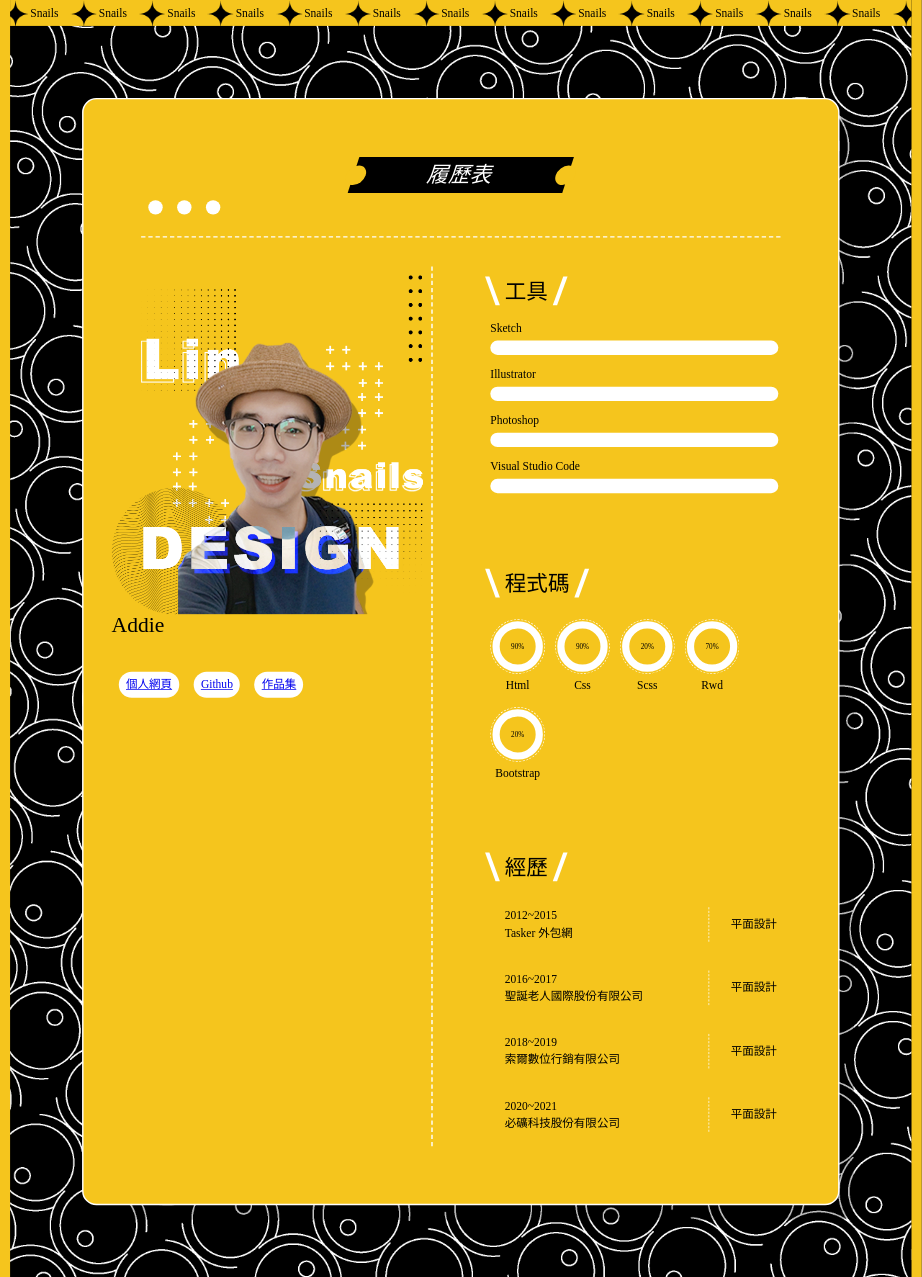
Repository: addie1988/resume
Page: index.html
These files come from the project's save history. The page is drawn as it stood at one moment and after the next save; the edit follows.
The browser window is 1280 px wide. The pictures show the whole page, at 72% of full size.

Above is the page before, as saved 2021-11-24 11:49:25.
Not found: js/style.js

### index.html
<!DOCTYPE html>
<html lang="en">

<head>
    <meta charset="UTF-8">
    <meta http-equiv="X-UA-Compatible" content="IE=edge">
    <meta name="viewport" content="width=device-width, initial-scale=1.0">
    <title>ADDIE</title>
    <link rel="stylesheet" type="text/css" href="./css/style.css">
</head>

<body>

    <!-- personal -->
    <div class="personal">
        <!-- Carousel -->
        <div class="Carousel">
            <div class="Carousel_content" id="Carousel"></div>
        </div>
        <div class="personal_content">
            <!-- resume > 履歷 -->
            <div class="resume">
                <div class="resume_title">
                    <h1>履歷表</h1>
                </div>
                <div class="resume_content">
                    <ul>
                        <li></li>
                        <li></li>
                        <li></li>
                    </ul>
                </div>
                <!-- main -->
                <div class="main">
                    <!-- personal_information > 個人資訊 -->
                    <div class="personal_information">
                        <div class="personal_information_img"><img src="./images/Visualize1.png"></div>
                        <div class="name">
                            <h1>Addie</h1>
                        </div>
                        <!-- work -->
                        <div class="work">
                            <div class="work_contwnt">
                                <ul>
                                    <li><a href="#">個人網頁</a></li>
                                    <li><a href="#">Github</a></li>
                                    <li><a href="#">作品集</a></li>
                                </ul>
                            </div>
                        </div>
                    </div>


                    <!-- personal_experience > 個人經歷 -->
                    <div class="personal_experience">

                        <!-- Code -->
                        <div class="tool">
                            <div class="tool_content">
                                <h1>工具</h1>
                                <ul>
                                    <li>
                                        <p>Sketch</p>
                                        <span></span>
                                    </li>
                                    <li>
                                        <p>Illustrator</p>
                                        <span></span>
                                    </li>
                                    <li>
                                        <p>Photoshop</p>
                                        <span></span>
                                    </li>
                                    <li>
                                        <p>Visual Studio Code</p>
                                        <span></span>
                                    </li>
                                </ul>
                            </div>
                        </div>

                        <!-- Code -->
                        <div class="Code">
                            <div class="Code_content">
                                <h1>程式碼</h1>
                                <ul>
                                    <li>
                                        <div class="chart"><span><i>90%</i></span></div>
                                        <p>Html</p>
                                    </li>
                                    <li>
                                        <div class="chart"><span><i>90%</i></span></div>
                                        <p>Css</p>
                                    </li>
                                    <li>
                                        <div class="chart"><span><i>20%</i></span></div>
                                        <p>Scss</p>
                                    </li>
                                    <li>
                                        <div class="chart"><span><i>70%</i></span></div>
                                        <p>Rwd</p>
                                    </li>
                                    <li>
                                        <div class="chart"><span><i>20%</i></span></div>
                                        <p>Bootstrap</p>
                                    </li>
                                </ul>
                            </div>
                        </div>

                        <!-- work_experience -->
                        <div class="work_experience">
                            <div class="work_experience_content">
                                <h1>經歷</h1>
                                <ul>
                                    <li>
                                        <div class="work_experience_content_title">
                                            <p>2012~2015</p>
                                            <i>Tasker 外包網</i>
                                        </div>
                                        <span>
                                            <section>平面設計</section>
                                        </span>
                                    </li>
                                    <li>
                                        <div class="work_experience_content_title">
                                            <p>2016~2017</p>
                                            <i>聖誕老人國際股份有限公司</i>
                                        </div>
                                        <span>
                                            <section>平面設計</section>
                                        </span>
                                    </li>
                                    <li>
                                        <div class="work_experience_content_title">
                                            <p>2018~2019</p>
                                            <i>索爾數位行銷有限公司</i>
                                        </div>
                                        <span>
                                            <section>平面設計</section>
                                        </span>
                                    </li>
                                    <li>
                                        <div class="work_experience_content_title">
                                            <p>2020~2021</p>
                                            <i>必礦科技股份有限公司</i>
                                        </div>
                                        <span>
                                            <section>平面設計</section>
                                        </span>
                                    </li>
                                </ul>
                            </div>
                        </div>
                    </div>
                </div>
            </div>
        </div>
    </div>

    <!-- js -->
    <script src="./js/style.js"></script>
    <!-- jq -->
    <script src="https://cdnjs.cloudflare.com/ajax/libs/jquery/3.3.1/jquery.min.js"></script>
    <script>
        $('#Carousel').load("./Carousel.html #Carousel");
    </script>

</body>

</html>

### css/style.css
/* http://meyerweb.com/eric/tools/css/reset/
   v2.0 | 20110126
   License: none (public domain)
*/

html,
body,
div,
span,
applet,
object,
iframe,
h1,
h2,
h3,
h4,
h5,
h6,
p,
blockquote,
pre,
a,
abbr,
acronym,
address,
big,
cite,
code,
del,
dfn,
em,
img,
ins,
kbd,
q,
s,
samp,
small,
strike,
strong,
sub,
sup,
tt,
var,
b,
u,
i,
center,
dl,
dt,
dd,
ol,
ul,
li,
fieldset,
form,
label,
legend,
table,
caption,
tbody,
tfoot,
thead,
tr,
th,
td,
article,
aside,
canvas,
details,
embed,
figure,
figcaption,
footer,
header,
hgroup,
menu,
nav,
output,
ruby,
section,
summary,
time,
mark,
audio,
video {
  margin: 0;
  padding: 0;
  border: 0;
  font-size: 100%;
  font: inherit;
  vertical-align: baseline;
}
/* HTML5 display-role reset for older browsers */
article,
aside,
details,
figcaption,
figure,
footer,
header,
hgroup,
menu,
nav,
section {
  display: block;
}
body {
  line-height: 1;
}
ol,
ul {
  list-style: none;
}
blockquote,
q {
  quotes: none;
}
blockquote:before,
blockquote:after,
q:before,
q:after {
  content: "";
  content: none;
}
table {
  border-collapse: collapse;
  border-spacing: 0;
}

/* ---------------------------------------------------------------------------------------------------------------------- */

:root {
  --background-color: #f5c51d;
  --position: relative;
  --font-size: 16px;
  --padding: 100px;
  --color: white;
  --title_h1: 30px;
  --margin_Segmentation: 80px 0 0 0;
}

/* ---------------------------------------------------------------------------------------------------------------------- */

.personal {
  position: var(--position);
  background: url(../images/background.png);
  align-items: center;
  background-color: black;
  border-left: 14px solid var(--background-color);
  border-right: 14px solid var(--background-color);
}

/* Carousel */
.Carousel {
  position: var(--padding);
}

.Carousel_content {
  margin: 0 auto;
}

.Carousel_content ul {
  display: flex;
  overflow: hidden;
  background-color: var(--background-color);
}

.Carousel_content ul li {
  margin: 0 18px;
  padding: 10px;
  position: var(--position);
  font-family: serif;
}

.Carousel_content ul li::before {
  content: "";
  width: 37px;
  height: 37px;
  display: inline-block;
  background: url(../images/Carousel.png);
  position: absolute;
  left: -30px;
  top: 0px;
}

.personal_content {
  width: 100%;
  height: 100%;
  display: flex;
  justify-content: center;
}

/* resume > 履歷資訊 */
.resume {
  margin: 100px;
  padding: 80px;
  max-width: 900px;
  border: 2px solid white;
  position: var(--position);
  z-index: 77777;
  box-shadow: 20px 20px 0px 0px #0000003d;
  background-color: var(--background-color);
  border-radius: 20px;
  -webkit-border-radius: 20px;
  -moz-border-radius: 20px;
  -ms-border-radius: 20px;
  -o-border-radius: 20px;
}

/* resume_title */
.resume_title {
  display: flex;
  justify-content: center;
  position: relative;
  transform: skewX(-18deg);
  -webkit-transform: skewX(-18deg);
  -moz-transform: skewX(-18deg);
  -ms-transform: skewX(-18deg);
  -o-transform: skewX(-18deg);
}

.resume_title h1 {
  font-size: 30px;
  text-align: center;
  padding: 10px 60px;
  color: white;
  background-color: black;
  width: 20%;
  display: inline-block;
  position: var(--position);
}

.resume_title h1::before {
  content: "";
  width: 27px;
  height: 27px;
  display: inline-block;
  position: absolute;
  left: -10px;
  top: 12px;
  background-color: #f5c51d;
  border-radius: 50%;
  -webkit-border-radius: 50%;
  -moz-border-radius: 50%;
  -ms-border-radius: 50%;
  -o-border-radius: 50%;
}

.resume_title h1::after {
  content: "";
  width: 27px;
  height: 27px;
  display: inline-block;
  position: absolute;
  right: -10px;
  top: 12px;
  background-color: #f5c51d;
  border-radius: 50%;
  -webkit-border-radius: 50%;
  -moz-border-radius: 50%;
  -ms-border-radius: 50%;
  -o-border-radius: 50%;
}

.resume_content {
  margin: 0 auto;
  width: 100%;
  margin: 0 0 40px 0;
}

.resume_content ul {
  display: flex;
  padding: 0 0 20px 0;
  border-bottom: 2px dashed white;
}

.resume_content ul li {
  width: 20px;
  height: 20px;
  margin: 10px;
  display: inline-block;
  background-color: white;
  border-radius: 50%;
  -webkit-border-radius: 50%;
  -moz-border-radius: 50%;
  -ms-border-radius: 50%;
  -o-border-radius: 50%;
  transition: 1s ease-out;
  -webkit-transition: 1s ease-out;
  -moz-transition: 1s ease-out;
  -ms-transition: 1s ease-out;
  -o-transition: 1s ease-out;
}

.resume_content ul li:nth-child(1):hover {
  background-color: red;
}

.resume_content ul li:nth-child(2):hover {
  background-color: yellow;
}

.resume_content ul li:nth-child(3):hover {
  background-color: green;
}

/* ---------------------------------------------------------------------------------------------------------------------- */

/* main */
.main {
  display: flex;
  justify-content: center;
}

/* personal_information > 個人資訊 */

/* personal_information */
.personal_information {
  flex: 0 0 50%;
  max-width: 50%;
  border-right: 2px solid white;
  border-style: dashed;
  margin: 0 40px;
}

.personal_information_img {
  display: flex;
  justify-content: center;
}

.personal_information_img img {
  width: 100%;
  height: 100%;
}

/* ---------------------------------------------------------------------------------------------------------------------- */

/* personal_experience > 個人經歷 */
.personal_experience {
  flex: 0 0 50%;
  max-width: 50%;
  margin: 0 40px;
}

.name h1 {
  font-size: var(--title_h1);
}

/* ---------------------------------------------------------------------------------------------------------------------- */

/* work */
.work {
  position: var(--position);
}

.work_contwnt {
  margin: 40px auto;
}

.work_contwnt ul {
  display: flex;
  flex-wrap: wrap;
}

.work_contwnt ul li {
  margin-right: 10px;
  margin: 10px;
  padding: 10px;
  color: black;
  background-color: white;
  border-radius: 20px;
  -webkit-border-radius: 20px;
  -moz-border-radius: 20px;
  -ms-border-radius: 20px;
  -o-border-radius: 20px;
}

/* ---------------------------------------------------------------------------------------------------------------------- */

/* personal_experience > 個人經歷 */

/* tool */
.tool {
  position: var(--position);
}

.tool_contwnt {
  margin: var(--margin_Segmentation);
}

.tool_content h1 {
  font-size: var(--title_h1);
  position: var(--position);
  display: inline-block;
  padding: 20px;
}

.tool_content h1::before {
  content: "";
  width: 6px;
  height: 40px;
  display: inline-block;
  position: absolute;
  top: 20%;
  left: 0;
  background-color: white;
  transform: skewX(20deg);
  -webkit-transform: skewX(20deg);
  -moz-transform: skewX(20deg);
  -ms-transform: skewX(20deg);
  -o-transform: skewX(20deg);
}

.tool_content h1::after {
  content: "";
  width: 6px;
  height: 40px;
  display: inline-block;
  position: absolute;
  top: 20%;
  right: 0;
  background-color: white;
  transform: skewX(-20deg);
  -webkit-transform: skewX(-20deg);
  -moz-transform: skewX(-20deg);
  -ms-transform: skewX(-20deg);
  -o-transform: skewX(-20deg);
}

.tool_content ul {
  margin: var(--margin_Segmentation);
  margin: 0;
}

.tool_content ul li {
  line-height: 2;
}

.tool_content ul li span {
  width: 100%;
  height: 20px;
  display: inline-block;
  position: relative;
}

.tool_content ul li span::before {
  content: "";
  width: 0;
  height: 20px;
  display: inline-block;
  position: absolute;
  z-index: 4444;
  background-color: black;
  transition: 1s ease-out;
  -webkit-transition: 1s ease-out;
  -moz-transition: 1s ease-out;
  -ms-transition: 1s ease-out;
  -o-transition: 1s ease-out;
  border-radius: 20px;
  -webkit-border-radius: 20px;
  -moz-border-radius: 20px;
  -ms-border-radius: 20px;
  -o-border-radius: 20px;
}

.tool_content ul li:hover span::before {
  width: 100%;
}

.tool_content ul li:nth-child(1):hover span::before {
  width: 35%;
}

.tool_content ul li:nth-child(2):hover span::before {
  width: 85%;
}

.tool_content ul li:nth-child(3):hover span::before {
  width: 85%;
}

.tool_content ul li:nth-child(4):hover span::before {
  width: 35%;
}

.tool_content ul li span::after {
  content: "";
  width: 90%;
  height: 20px;
  display: inline-block;
  position: absolute;
  background-color: white;
  border-radius: 20px;
  -webkit-border-radius: 20px;
  -moz-border-radius: 20px;
  -ms-border-radius: 20px;
  -o-border-radius: 20px;
}

/* ---------------------------------------------------------------------------------------------------------------------- */

/* Code */
.Code {
  position: var(--position);
}

.Code_content {
  margin: var(--margin_Segmentation);
}

.Code_content h1 {
  font-size: var(--title_h1);
  position: var(--position);
  display: inline-block;
  padding: 20px;
}

.Code_content h1::before {
  content: "";
  width: 6px;
  height: 40px;
  display: inline-block;
  position: absolute;
  top: 20%;
  left: 0;
  background-color: white;
  transform: skewX(20deg);
  -webkit-transform: skewX(20deg);
  -moz-transform: skewX(20deg);
  -ms-transform: skewX(20deg);
  -o-transform: skewX(20deg);
}

.Code_content h1::after {
  content: "";
  width: 6px;
  height: 40px;
  display: inline-block;
  position: absolute;
  top: 20%;
  right: 0;
  background-color: white;
  transform: skewX(-20deg);
  -webkit-transform: skewX(-20deg);
  -moz-transform: skewX(-20deg);
  -ms-transform: skewX(-20deg);
  -o-transform: skewX(-20deg);
}

.Code_content ul {
  margin: var(--margin_Segmentation);
  display: flex;
  flex-wrap: wrap;
  margin: 0;
}

.Code_content ul li {
  margin: 14px 14px 0 0;
  line-height: 2;
}

.Code_content ul li .chart {
  border: 1px solid white;
  padding: 2px;
  border-style: dashed;
  border-radius: 50%;
  -webkit-border-radius: 50%;
  -moz-border-radius: 50%;
  -ms-border-radius: 50%;
  -o-border-radius: 50%;
}

.Code_content ul li .chart span {
  width: 70px;
  height: 70px;
  display: flex;
  justify-content: center;
  align-items: center;
  position: relative;
}

.Code_content ul li .chart span::before {
  content: "";
  width: 50px;
  height: 50px;
  display: none;
  position: absolute;
  top: 0;
  left: 0;
  z-index: 444;
  border-top: 10px solid black;
  border-left: 10px solid black;
  border-right: 10px solid black;
  border-bottom: 10px solid #f5c51d;
  border-radius: 50%;
  -webkit-border-radius: 10px solid #f5c51d;
  -moz-border-radius: 10px solid #f5c51d;
  -ms-border-radius: 10px solid #f5c51d;
  -o-border-radius: 10px solid #f5c51d;
  animation: chart_move 2s ease-out;
  -webkit-animation: chart_move 2s ease-out;
}

.Code_content ul li:nth-child(1) .chart span::before {
  border-top: 10px solid black;
  border-left: 10px solid black;
  border-right: 10px solid black;
  border-bottom: 10px solid #f5c51d;
}

.Code_content ul li:nth-child(2) .chart span::before {
  border-top: 10px solid black;
  border-left: 10px solid black;
  border-right: 10px solid black;
  border-bottom: 10px solid #f5c51d;
}

.Code_content ul li:nth-child(3) .chart span::before {
  border-top: 10px solid black;
  border-left: 10px solid #f5c51d;
  border-right: 10px solid #f5c51d;
  border-bottom: 10px solid #f5c51d;
}

.Code_content ul li:nth-child(4) .chart span::before {
  border-top: 10px solid black;
  border-left: 10px solid black;
  border-right: 10px solid #f5c51d;
  border-bottom: 10px solid #f5c51d;
}

.Code_content ul li:nth-child(5) .chart span::before {
  border-top: 10px solid black;
  border-left: 10px solid #f5c51d;
  border-right: 10px solid #f5c51d;
  border-bottom: 10px solid #f5c51d;
}

.Code_content ul li:hover .chart span::before {
  display: block;
}

@keyframes chart_move {
  0% {
    opacity: 0;
    transform: rotate(0);
    -webkit-transform: rotate(0);
    -moz-transform: rotate(0);
    -ms-transform: rotate(0);
    -o-transform: rotate(0);
  }
  100% {
    opacity: 1;
    transform: rotate(360deg);
    -webkit-transform: rotate(360deg);
    -moz-transform: rotate(360deg);
    -ms-transform: rotate(360deg);
    -o-transform: rotate(360deg);
  }
}

.Code_content ul li .chart span::after {
  content: "";
  width: 50px;
  height: 50px;
  display: inline-block;
  position: absolute;
  top: 0;
  left: 0;
  border: 10px solid white;
  border-radius: 50%;
  -webkit-border-radius: 50%;
  -moz-border-radius: 50%;
  -ms-border-radius: 50%;
  -o-border-radius: 50%;
}

.Code_content ul li .chart span i {
  font-size: 10px;
}

.Code_content ul li p {
  text-align: center;
}

/* ---------------------------------------------------------------------------------------------------------------------- */

/* work_experience */
.work_experience {
  position: var(--position);
}

.work_experience_content {
  margin: var(--margin_Segmentation);
}

.work_experience_content h1 {
  font-size: var(--title_h1);
  position: var(--position);
  display: inline-block;
  padding: 20px;
}

.work_experience_content h1::before {
  content: "";
  width: 6px;
  height: 40px;
  display: inline-block;
  position: absolute;
  top: 20%;
  left: 0;
  background-color: white;
  transform: skewX(20deg);
  -webkit-transform: skewX(20deg);
  -moz-transform: skewX(20deg);
  -ms-transform: skewX(20deg);
  -o-transform: skewX(20deg);
}

.work_experience_content h1::after {
  content: "";
  width: 6px;
  height: 40px;
  display: inline-block;
  position: absolute;
  top: 20%;
  right: 0;
  background-color: white;
  transform: skewX(-20deg);
  -webkit-transform: skewX(-20deg);
  -moz-transform: skewX(-20deg);
  -ms-transform: skewX(-20deg);
  -o-transform: skewX(-20deg);
}

.work_experience_content ul {
  margin: var(--margin_Segmentation);
  margin: 0;
}

.work_experience_content ul li {
  line-height: 1.5;
  display: flex;
  padding: 20px;
  flex-wrap: wrap;
  overflow: hidden;
  transition: 1s ease-out;
  -webkit-transition: 1s ease-out;
  -moz-transition: 1s ease-out;
  -ms-transition: 1s ease-out;
  -o-transition: 1s ease-out;
}

.work_experience_content ul li:hover {
  border-radius: 50px;
  -webkit-border-radius: 50px;
  -moz-border-radius: 50px;
  -ms-border-radius: 50px;
  -o-border-radius: 50px;
  animation: work_experience_content_move 3s ease-out;
  -webkit-animation: work_experience_content_move 3s ease-out;
}

@keyframes work_experience_content_move {
  0% {
    background-color: #f5c51d;
  }
  25% {
    background-color: aquamarine;
  }
  50% {
    background-color: slateblue;
  }
  100% {
    background-color: black;
  }
}

.work_experience_content ul li:hover .work_experience_content_title {
  color: white;
  border-right: 1px dashed white;
}

.work_experience_content ul li:hover .work_experience_content_title p {
  color: white;
}

.work_experience_content ul li .work_experience_content_title {
  width: 70%;
  border-right: 1px solid white;
  border-style: dashed;
  color: black;
}

.work_experience_content ul li .work_experience_content_title p {
  color: black;
}

.work_experience_content ul li span {
  display: flex;
  align-items: center;
}

.work_experience_content ul li span section {
  margin-left: 30px;
}

.work_experience_content ul li:hover span section {
  color: white;
}

@media screen and (max-width: 900px) {
  .main {
    flex-wrap: wrap;
  }

  .personal_information {
    flex: 0 0 100%;
    max-width: 100%;
  }

  .personal_experience {
    flex: 0 0 100%;
    max-width: 100%;
  }
}

Loaded but not shown: Carousel.html (11 lines, source omitted)

After the next save:
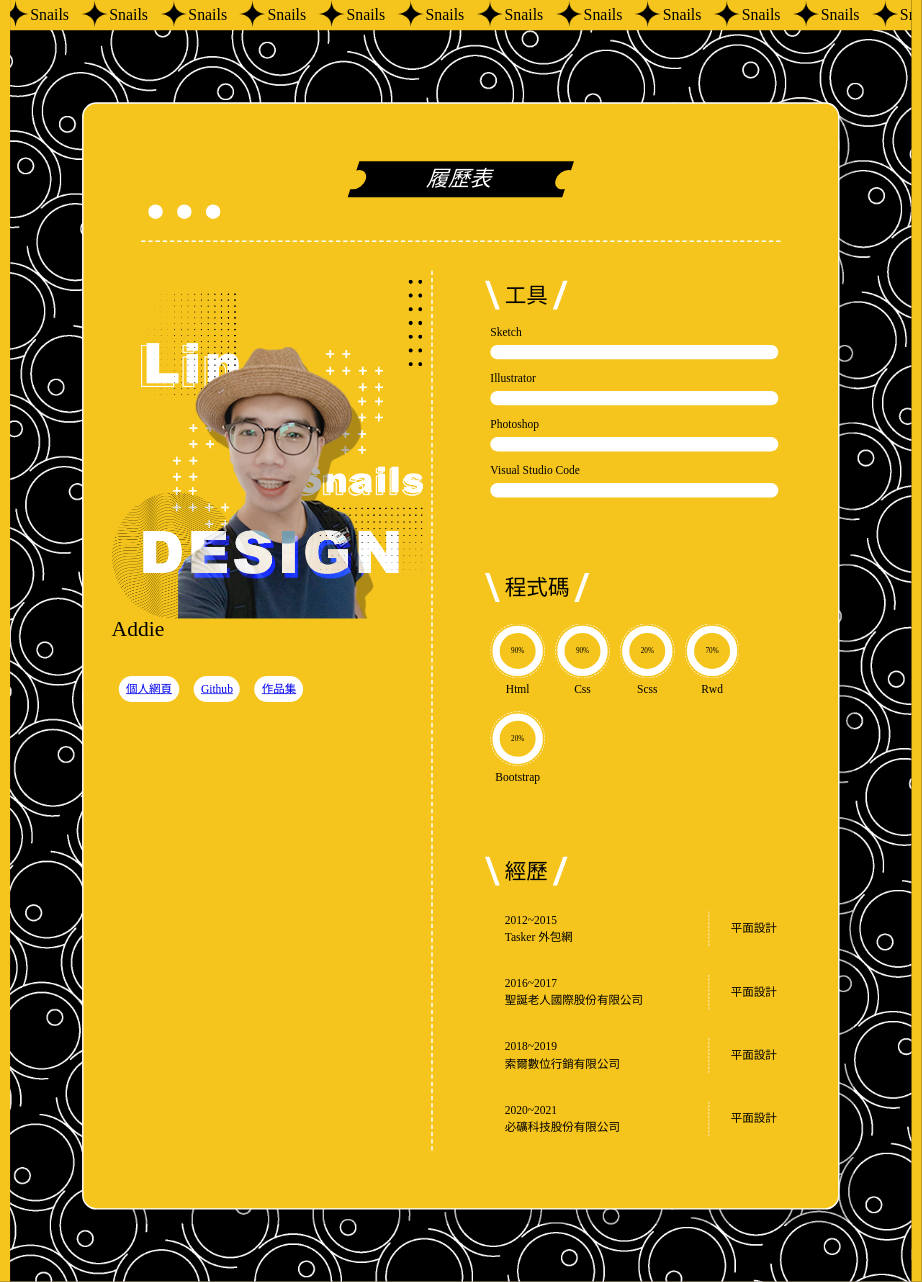
Saved 4 s later.
--- a/css/style.css
+++ b/css/style.css
@@ -171,6 +171,7 @@ table {
   padding: 10px;
   position: var(--position);
   font-family: serif;
+  font-size: 22px;
 }
 
 .Carousel_content ul li::before {
